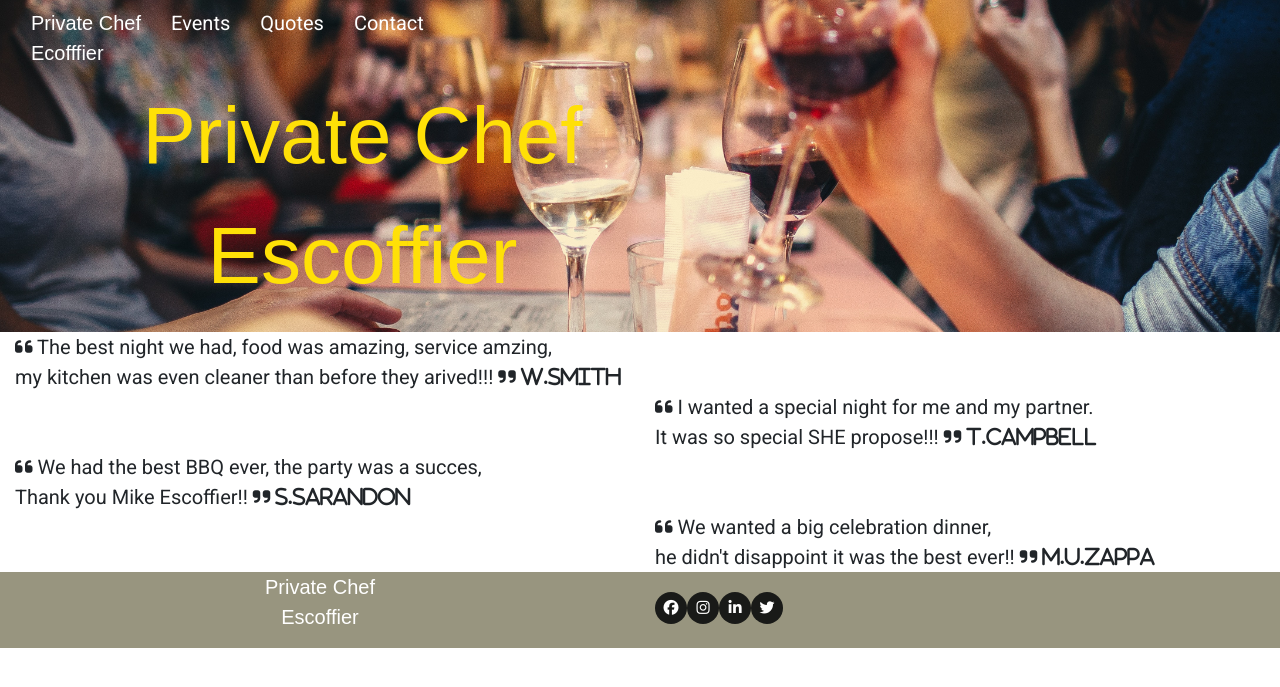
Repository: Mrsebastino/First-Milestone
Page: quotes.html
The author's editor kept a record of every edit. The page is drawn from the files as they stood at one moment, then again after the next edit.
The browser window is 1280 px wide. The pictures show the whole page.
Some web fonts or font styles are not loaded; a fallback is used. Some web libraries are served in a nearby version.

Above is the page before.

### quotes.html
<!DOCTYPE html>
<html lang="en">

<head>
    <meta charset="UTF-8">
    <meta name="viewport" content="width=device-width, initial-scale=1.0">
    <meta http-equiv="X-UA-Compatible" content="ie=edge">
    <title>Private Chef Escoffier</title>
    <script src="https://code.jquery.com/jquery-3.3.1.slim.min.js" integrity="sha384-q8i/X+965DzO0rT7abK41JStQIAqVgRVzpbzo5smXKp4YfRvH+8abtTE1Pi6jizo" crossorigin="anonymous"></script>
    <script src="https://cdnjs.cloudflare.com/ajax/libs/popper.js/1.14.7/umd/popper.min.js" integrity="sha384-UO2eT0CpHqdSJQ6hJty5KVphtPhzWj9WO1clHTMGa3JDZwrnQq4sF86dIHNDz0W1" crossorigin="anonymous"></script>
    <link rel="stylesheet" href="https://stackpath.bootstrapcdn.com/bootstrap/4.3.1/css/bootstrap.min.css" integrity="sha384-ggOyR0iXCbMQv3Xipma34MD+dH/1fQ784/j6cY/iJTQUOhcWr7x9JvoRxT2MZw1T" crossorigin="anonymous">
    <script src="https://stackpath.bootstrapcdn.com/bootstrap/4.3.1/js/bootstrap.min.js" integrity="sha384-JjSmVgyd0p3pXB1rRibZUAYoIIy6OrQ6VrjIEaFf/nJGzIxFDsf4x0xIM+B07jRM" crossorigin="anonymous"></script>
    <script src="https://kit.fontawesome.com/59067acff4.js" crossorigin="anonymous"></script>
    <link rel="stylesheet" href="assets/css/style.css" type="text/css" />

</head>

<body>
    <header>
        <div class="container-fluid quotes-bg">
            <div class="row ">
                <div class="col-sm-4 col-md-6">
                    <nav class="navbar navbar-expand-lg navbar-light bg-transparent">
                        <button class="navbar-toggler" type="button" data-toggle="collapse" data-target="#navbarNavDropdown" aria-controls="navbarNavDropdown" aria-expanded="false" aria-label="Toggle navigation">
                               <span class="navbar-toggler-icon"></span>
                            </button>
                        <div class="collapse navbar-collapse" id="navbarNavDropdown">
                            <ul class="navbar-nav">
                                <li class="nav-item active">
                                    <a class="nav-link-logo" href="index.html">Private Chef<br> Ecofffier <span class="sr-only"></span></a>
                                </li>
                                <li class="nav-item">
                                    <a class="nav-link" href="events.html">Events</a>
                                </li>
                                <li class="nav-item">
                                    <a class="nav-link" href="quotes.html">Quotes</a>
                                </li>
                                <li class="nav-item">
                                    <a class="nav-link" href="contact.html">Contact</a>
                                </li>
                            </ul>
                        </div>
                    </nav>
                </div>
                <div class="container">
                    <div class="row">
                        <div class="col-sm-4 col-md-6">
                            <p class="container-title"> Private Chef<br> Escoffier</p>
                        </div>
                    </div>
                </div>
            </div>
        </div>
    </header>
    <section>
        <div class="container-fluid">
            <div class="row">
                <div class="col quotes-container">
                    <i class="fas fa-quote-left"></i> The best night we had, food was amazing, service amzing,<br> my kitchen was even cleaner than before they arived!!!
                    <i class="fas fa-quote-right">  W.Smith</i>
                </div>
            </div>
            <div class="row">
                <div class="col quotes-container-right">
                    <i class="fas fa-quote-left "></i> I wanted a special night for me and my partner.<br> It was so special SHE propose!!!
                    <i class="fas fa-quote-right"> T.Campbell</i>
                </div>
            </div>
            <div class="row">
                <div class="col quotes-container">
                    <i class="fas fa-quote-left "></i> We had the best BBQ ever, the party was a succes,<br> Thank you Mike Escoffier!!
                    <i class="fas fa-quote-right">  S.Sarandon</i>
                </div>
            </div>
            <div class="row">
                <div class="col quotes-container-right">
                    <i class="fas fa-quote-left "></i> We wanted a big celebration dinner,<br> he didn't disappoint it was the best ever!!
                    <i class="fas fa-quote-right"> M.U.Zappa</i>
                </div>
            </div>
        </div>

    </section>
    <footer>
        <div class="container-fluid container-footer">
            <div class="row">
                <div class="col-6">
                    <p class="logo-footer">
                        <a class="logo-footer" href="index.html"><span>Private Chef<br>  Escoffier</span></a>
                    </p>
                </div>
                <div class="col-6">
                    <ul class="list-inline social-link">
                        <li class="list-inline-item">
                            <a href="www.facebook.com" <i class="fab fa-facebook" aria-hidden="true"></i>
                    <span class="sr-only">Facebook</span></a>
                            <a href="www.intagram.com" <i class="fab fa-instagram" aria-hidden="true"></i>
                    <span class="sr-only">instagram</span></a>
                            <a href="www.linkedin.com" <i class="fab fa-linkedin-in" aria-hidden="true"></i>
                    <span class="sr-only">LinkedIn</span></a>
                            <a href="www.twiter.com" <i class="fab fa-twitter" aria-hidden="true"></i>
                    <span class="sr-only">Twitter</span></a>
                        </li>
                    </ul>
                </div>
            </div>
        </div>
    </footer>
</body>

</html>

### assets/css/style.css
@import url('https://fonts.googleapis.com/css?family=Roboto:100,200,300,400,500,600,700|Mansalva:100,200,300,400,500,600,700');

.body {
    font-family: 'Roboto', sans-serif;
    margin: 0;
    padding: 0;
}

/*---------Header------*/

.row {
    margin: 0;
    padding: 0;
    overflow-x: hidden;

}

.container-fluid {
    margin: 0;
    padding: 0;
    height: auto;
}

.container-title {
    font-family: 'Mansalva', sans-serif;
    text-align: center;
    font-size: 80px;
    color: #ffe007;
}

/*---------backgrounfd image------*/

.container-landing-page {
    padding: 0;
    margin: 0;
    height: 100vh;
    background: url("../images/blur-chef-cooking-2403392.jpg") no-repeat center fixed;
    background-attachment: scroll;
    -webkit-background-size: cover;
    -moz-background-size: cover;
    -o-background-size: cover;
    background-size: cover;
}

.events-bg {
    padding: 0;
    margin: 0;
    background: url("../images/anise-aroma-art-277253.jpg") no-repeat center fixed;
    background-attachment: scroll;
    -webkit-background-size: cover;
    -moz-background-size: cover;
    -o-background-size: cover;
    background-size: cover;
}

.quotes-bg {
    padding: 0;
    margin: 0;
    background: url("../images/adult-bar-blur-696218.jpg") no-repeat center fixed;
    background-attachment: scroll;
    -webkit-background-size: cover;
    -moz-background-size: cover;
    -o-background-size: cover;
    background-size: cover;
}


/*---------Navbar------*/

.nav-link-logo {
    font-family: 'Mansalva', sans-serif;
    font-size: 20px;
    color: #fff;
    transition: all 0.5s ease-in-out;
    -moz-transition: all 0.5s ease-in-out;
    -webkit-transition: all 0.5s ease-in-out;
    -o-transition: all 0.5s ease-in-out;
}

.nav-link-logo:hover {
    color: #ffe007;
    text-decoration: none;
}

.nav-link {
    font-family: 'Roboto', sans-serif;
    font-size: 20px;
    color: #fff;
    transition: all 0.5s ease-in-out;
    -moz-transition: all 0.5s ease-in-out;
    -webkit-transition: all 0.5s ease-in-out;
    -o-transition: all 0.5s ease-in-out;
}

.navbar-light .navbar-nav .nav-link {
    color: #fff;
    margin-left: 30px;
    padding: 0px;
}

.navbar-light .navbar-nav .nav-link:hover {
    color: #ffe107;

}

.navbar-toggler-icon {
    color: #fff;
    display: inline-block;
    width: 1.5em;
    height: 1.5em;
    vertical-align: middle;
    content: "";
    background: no-repeat center center;
    background-size: 100% 100%;
}

.navbar-toggler {
    padding: .25rem .75rem;
    font-size: 1.25rem;
    line-height: 1;
    background-color: #ffe007;
    border: 1px solid transparent;
    border-radius: .25rem;
}

/*---------events------*/

.container-event {
    margin: 0;
    padding: 0;
    height: auto;
    background-color: #f6f6f0;
}

.event-heading {
    font-family: 'Mansalva', sans-serif;
    font-size: 60px;
    text-align: center;
    font-weight: 500;
    color: #ffe007;
}

.event-information {
    height: auto;
    color: black;
    text-align: center;
    font-size: 20px;
    font-weight: 500;
}

.event-photo {
    padding-bottom: 10px;
    padding-top: 20px;
    height: auto;
    display: inline-block;
    text-align: center;
}

.square {
    border: 1px solid black;
}

/*---------quotes------*/

.quotes-container {
    font-family: 'Roboto', sans-serif;
    font-size: 20px;
    height: auto;
}

.quotes-container-right {
    font-family: 'Roboto', sans-serif;
    font-size: 20px;
    margin-left: 50%;
    height: auto;
}

/*---------Footer------*/

.container-footer {
    width: 100%;
    bottom: 0;
    margin: 0;
    padding: 0;
    background-color: #98957f;
}

.list-inline-item {
    display: inline-table;
}

.logo-footer {
    font-family: 'Mansalva', sans-serif;
    font-size: 20px;
    color: #fff;
    text-align: center;
    transition: all 0.5s ease-in-out;
    -moz-transition: all 0.5s ease-in-out;
    -webkit-transition: all 0.5s ease-in-out;
    -o-transition: all 0.5s ease-in-out;
}

.logo-footer:hover {
    color: #ffe007;
    text-decoration: none;
}

.fab {
    height: 32px;
    width: 32px;
    padding: 12px 0;
    border-radius: 50px;
    text-align: center;
    font-size: 15px;
    line-height: 7px;
    margin-top: 20px;
    color: #fff;
    background-color: #191a18;
    transition: all 0.5s ease-in-out;
    -moz-transition: all 0.5s ease-in-out;
    -webkit-transition: all 0.5s ease-in-out;
    -o-transition: all 0.5s ease-in-out;
}

.fab:hover {
    color: #ffe007;
    text-decoration: none;
}

After the next edit:
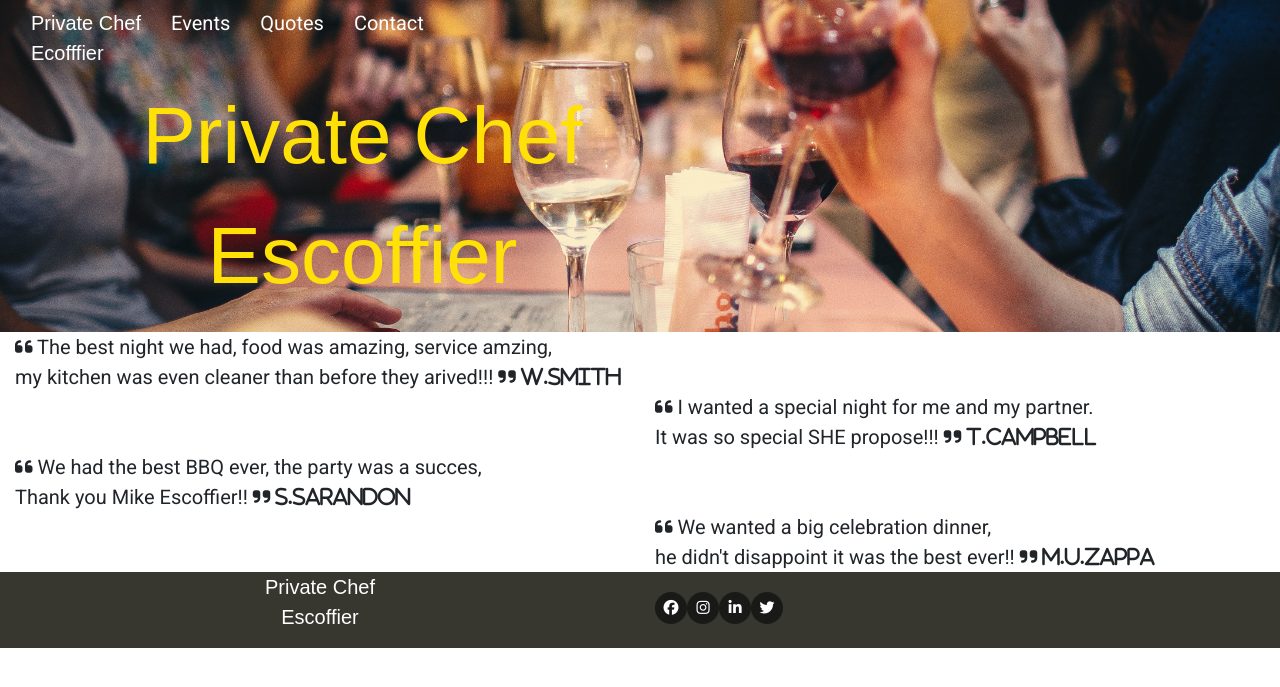
The edit:
--- a/assets/css/style.css
+++ b/assets/css/style.css
@@ -178,11 +178,9 @@
 /*---------Footer------*/
 
 .container-footer {
+    position: absolute;
     width: 100%;
-    bottom: 0;
-    margin: 0;
-    padding: 0;
-    background-color: #98957f;
+    background-color: #37372F;
 }
 
 .list-inline-item {
